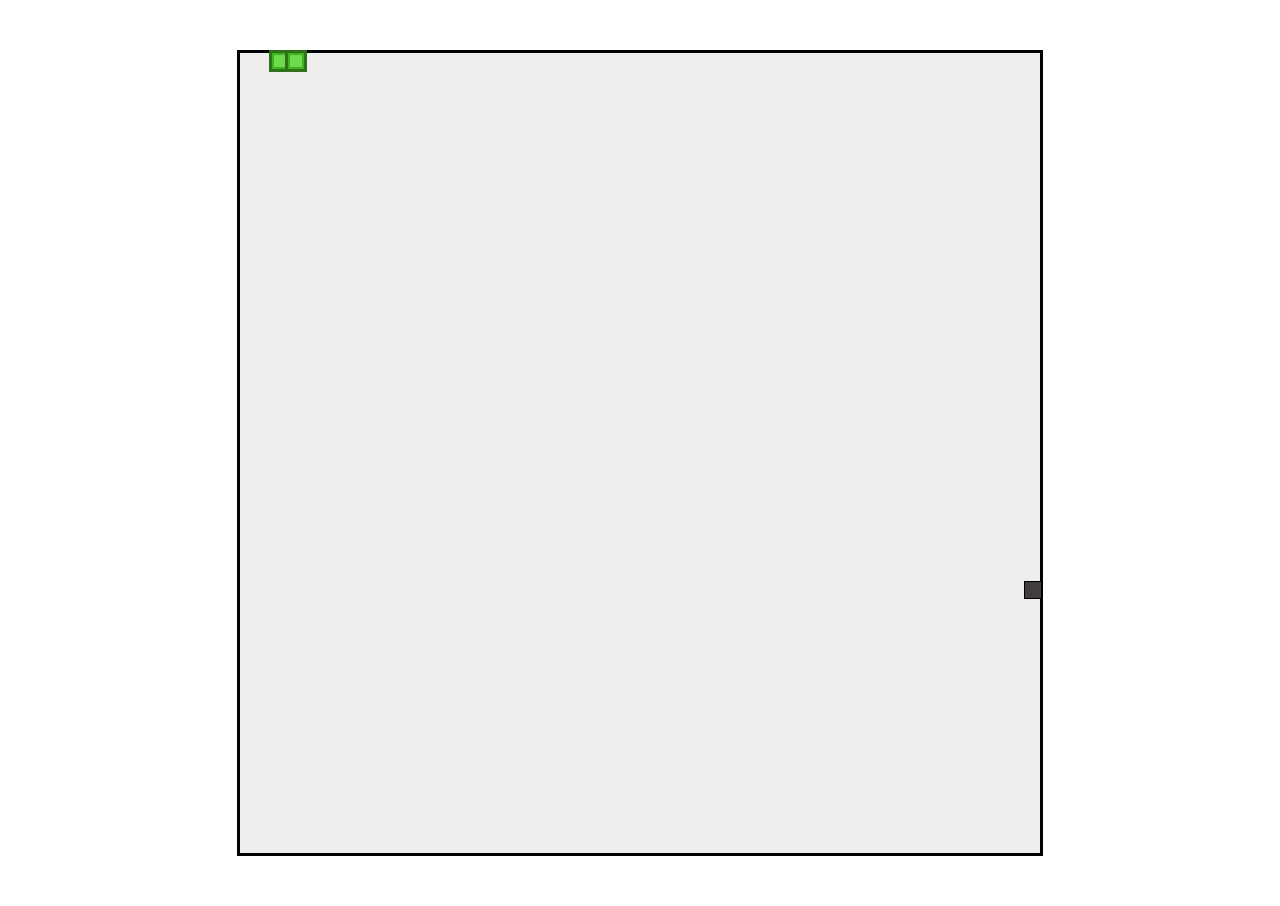
Repository: Krashgul/React_Snake_Game
Page: /
The author's editor kept a copy of each file at every save. The page is drawn from the files as they stood at one save, then again after the next save.
The browser window is 1280 px wide. The pictures show the whole page.
The project was rebuilt for these pictures with package versions that can differ from the ones it lists, and the page was loaded fresh each time.

Above is the page before, as saved 2021-03-02 00:39:15.

After the next save:
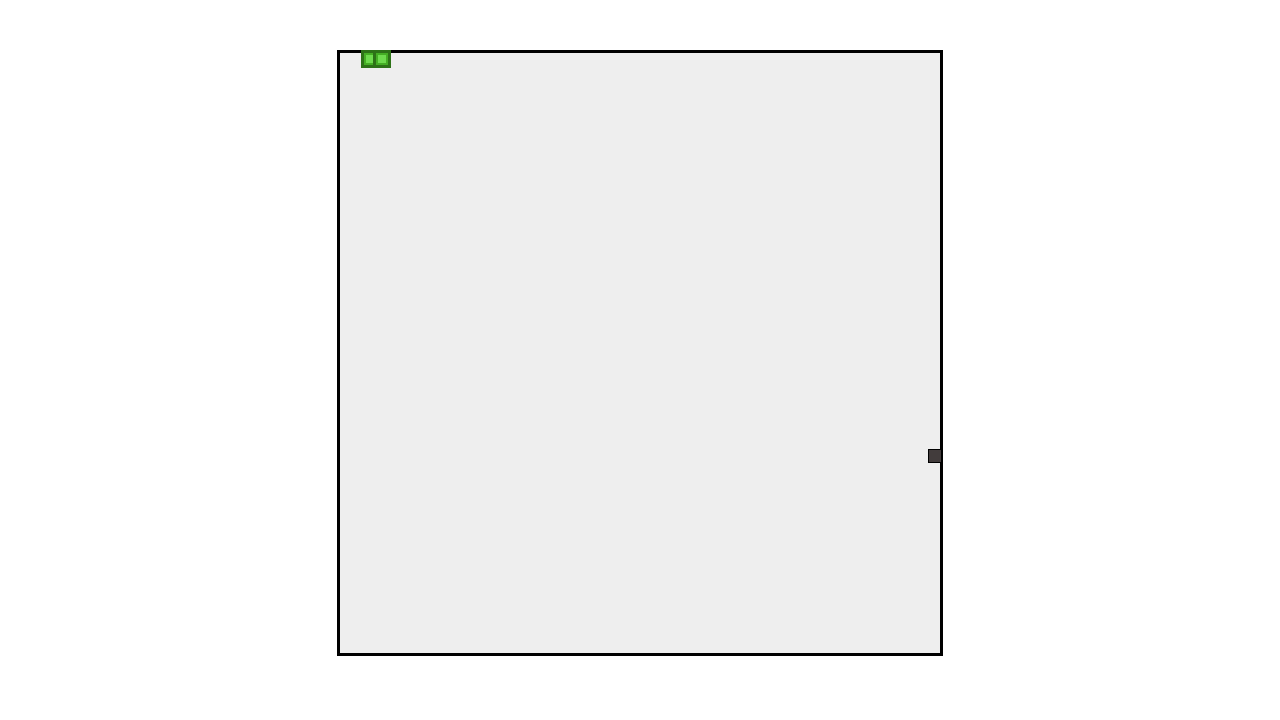
Saved 8 s later.
--- a/src/index.css
+++ b/src/index.css
@@ -1,8 +1,8 @@
 .game-area {
   position: relative;
   margin: 50px auto;
-  width: 800px;
-  height: 800px;
+  width: 600px;
+  height: 600px;
   background-color: #eee;
   border: 3px solid #000;
 }
